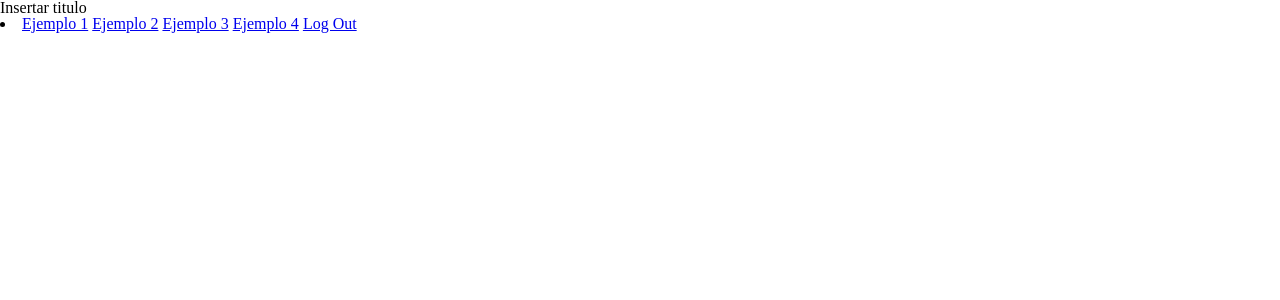
Repository: FacundoKinderknecht/Parcial-2-LPPA
Page: main/main.html
These files come from the project's save history. The page is drawn as it stood at one moment and after the next save; the edit follows.
The browser window is 1280 px wide. The pictures show the whole page.

Above is the page before, as saved 2022-07-06 10:57:56.

After the next save:
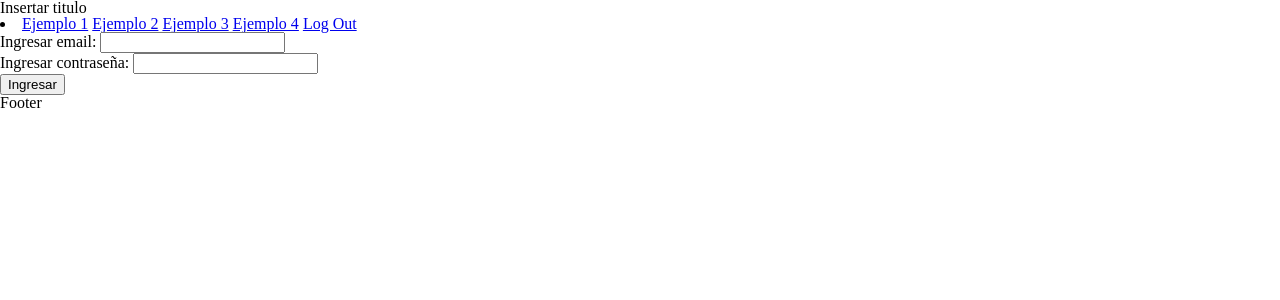
Saved 32 s later.
--- a/main/main.html
+++ b/main/main.html
@@ -22,5 +22,23 @@
             <a href="#">Log Out</a>
         </li>
     </nav>
+    <main>
+        <form>
+            <div class="email">
+                <label for="email">Ingresar email:</label>
+                <input type="text" name="email" id="email">
+            </div>
+            <div class="contraseña">
+                <label for="contraseña">Ingresar contraseña:</label>
+                <input type="password" name="contraseña" id="contraseña">
+            </div>
+            <div class="boton">
+                <input type="submit" value="Ingresar">
+            </div>
+        </form>
+    </main>
+    <footer>
+        <p>Footer</p>
+    </footer>
 </body>
 </html>
